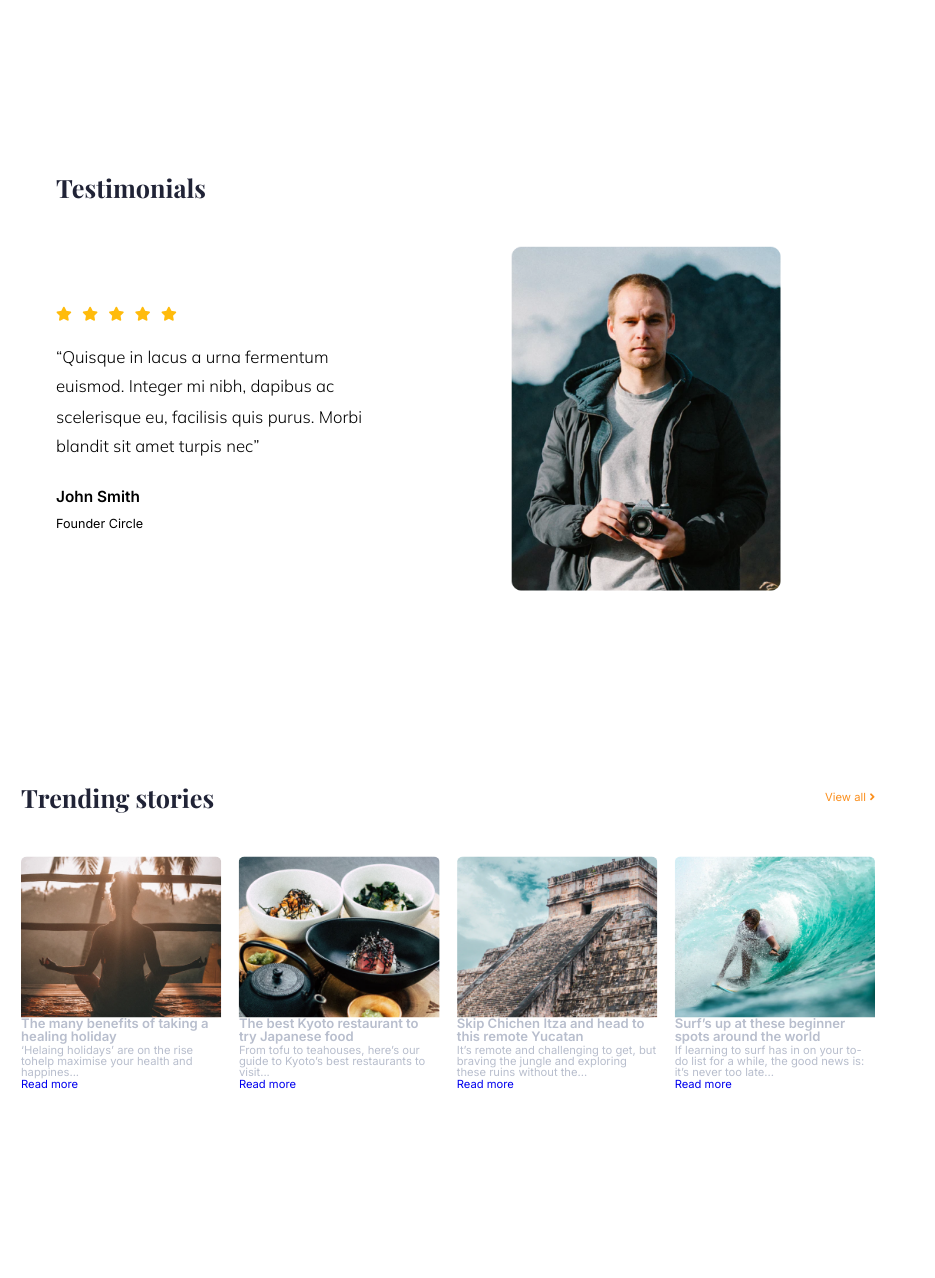
Repository: long5122000/sunny
Page: index.html
The author's editor kept a copy of each file at every save. The page is drawn from the files as they stood at one save, then again after the next save.
The browser window is 1280 px wide. The page is 1335 px wide, so the pictures cover 1335 px, including what lies to the right of the window. The pictures show the part of the page from y = 3142 to 4982 px (the page is 4967 px tall before and 4982 px after), at 70% of full size.
The style sheet was rebuilt from its Sass, Less or Tailwind sources for each picture, by a compiler version that may differ from the author's.

Above is the page before, as saved 2021-11-25 13:56:46.

### index.html
<!DOCTYPE html>
<html lang="en">
  <head>
    <meta charset="UTF-8" />
    <meta http-equiv="X-UA-Compatible" content="IE=edge" />
    <meta name="viewport" content="width=device-width, initial-scale=1.0" />
    <title>Thousand Sunny</title>
    <link rel="preconnect" href="https://fonts.googleapis.com" />
    <link rel="preconnect" href="https://fonts.gstatic.com" crossorigin />
    <link
      href="https://fonts.googleapis.com/css2?family=Inter:wght@400;500;600&family=Mulish:wght@300&family=Playfair+Display:wght@700&display=swap"
      rel="stylesheet"
    />
    <link
      rel="stylesheet"
      href="https://use.fontawesome.com/releases/v5.15.4/css/all.css"
      integrity="sha384-DyZ88mC6Up2uqS4h/KRgHuoeGwBcD4Ng9SiP4dIRy0EXTlnuz47vAwmeGwVChigm"
      crossorigin="anonymous"
    />
    <link rel="stylesheet" href="./css/app.css" />
  </head>
  <body>
    <div class="wrapper">
      <header class="header">
        <div class="container">
          <div class="header-main">
            <img srcset="./images/logo.png 2x" alt="" />
            <ul class="menu">
              <li class="menu-item">
                <a href="#" class="menu-link">Home</a>
              </li>
              <li class="menu-item">
                <a href="#" class="menu-link">Destinations</a>
              </li>
              <li class="menu-item">
                <a href="#" class="menu-link">About</a>
              </li>
              <li class="menu-item">
                <a href="#" class="menu-link">Partner</a>
              </li>
              <li class="menu-item">
                <a href="#" class="btn btn--secondary">Login</a>
              </li>
              <li class="menu-item">
                <a href="#" class="btn btn--primary">Register</a>
              </li>
            </ul>
          </div>
        </div>
      </header>
      <main>
        <section class="hero">
          <div class="container">
            <div class="hero-main">
              <div class="hero-content">
                <h1 class="heading hero-heading">Explore and Travel</h1>
                <div class="hero-caption">Holiday finder</div>
                <div class="hero-form">
                  <div class="dropdown">
                    <div class="dropdown-select">
                      <span class="dropdown-value">Location</span>
                      <i class="fas fa-angle-down"></i>
                    </div>
                    <div class="dropdown-list">
                      <div class="dropdown-item">title</div>
                      <div class="dropdown-item">title</div>
                      <div class="dropdown-item">title</div>
                    </div>
                  </div>
                  <div class="dropdown">
                    <div class="dropdown-select">
                      <span class="dropdown-value">Activity</span>
                      <i class="fas fa-angle-down"></i>
                    </div>
                    <div class="dropdown-list">
                      <div class="dropdown-item">title</div>
                      <div class="dropdown-item">title</div>
                      <div class="dropdown-item">title</div>
                    </div>
                  </div>
                  <div class="dropdown">
                    <div class="dropdown-select">
                      <span class="dropdown-value">Grade</span>
                      <i class="fas fa-angle-down"></i>
                    </div>
                    <div class="dropdown-list">
                      <div class="dropdown-item">title</div>
                      <div class="dropdown-item">title</div>
                      <div class="dropdown-item">title</div>
                    </div>
                  </div>
                  <div class="dropdown">
                    <div class="dropdown-select">
                      <span class="dropdown-value">Date</span>
                      <i class="fas fa-angle-down"></i>
                    </div>
                    <div class="dropdown-list">
                      <div class="dropdown-item">title</div>
                      <div class="dropdown-item">title</div>
                      <div class="dropdown-item">title</div>
                    </div>
                  </div>
                </div>
                <a href="#!" class="btn btn--primary">Explore</a>
              </div>
              <div class="hero-image">
                <img srcset="./images/img1.png 2x" alt="" />
              </div>
            </div>
          </div>
        </section>
        <section class="explore">
          <div class="container">
            <div class="explore-main">
              <div class="explore-image">
                <img srcset="./images/img2.png 2x" alt="" />
              </div>
              <div class="explore-content">
                <h2 class="heading explore-heading heading--small">
                  A new way to explore the world
                </h2>
                <p class="text explore-desc">
                  For decades travellers have reached for Lonely Planet books
                  when looking to plan and execute their perfect trip, but now,
                  they can also let Lonely Planet Experiences lead the way
                </p>
                <div class="btn btn--primary" href="!#">Learn More</div>
              </div>
            </div>
          </div>
        </section>
        <section class="destination">
          <div class="container">
            <div class="destination-header">
              <h2 class="heading heading--small">Featured destinations</h2>
              <a href="#!" class="viewall">
                <span>View all</span>
                <i class="fas fa-angle-right"></i>
              </a>
            </div>
            <div class="destination-list">
              <div class="destination-item">
                <div class="destination-image">
                  <img srcset="./images/destination1.png 2x" alt="" />
                </div>
                <div class="destination-content">
                  <h3 class="destination-name">Raja Ampat</h3>
                  <span class="destination-country">Indonesia</span>
                </div>
              </div>
              <div class="destination-item">
                <div class="destination-image">
                  <img srcset="./images/destination2.png 2x" alt="" />
                </div>
                <div class="destination-content">
                  <h3 class="destination-name">Fanjingshan</h3>
                  <span class="destination-country">China</span>
                </div>
              </div>
              <div class="destination-item">
                <div class="destination-image">
                  <img srcset="./images/destination3.png 2x" alt="" />
                </div>
                <div class="destination-content">
                  <h3 class="destination-name">Vevey</h3>
                  <span class="destination-country">Switzerland</span>
                </div>
              </div>
              <div class="destination-item">
                <div class="destination-image">
                  <img srcset="./images/destination4.png 2x" alt="" />
                </div>
                <div class="destination-content">
                  <h3 class="destination-name">Skadar</h3>
                  <span class="destination-country">Montenegro</span>
                </div>
              </div>
            </div>
          </div>
        </section>
        <section class="guides">
          <div class="container">
            <div class="guides-main">
              <div class="guides-content">
                <h2 class="heading guides-heading heading--small">
                  Guides by Thousand Sunny
                </h2>
                <div class="text guides-desc">
                  Packed with tips and advice from our on-the-ground experts,
                  our city guides app (iOS and Android) is the ultimate resource
                  before and during a trip.
                </div>
                <a href="#!" class="btn btn--primary">Download</a>
              </div>
              <div class="guides-image">
                <img srcset="./images/img3.png 2x" alt="" />
              </div>
            </div>
          </div>
        </section>
        <section class="testimonial">
          <div class="container">
            <div class="testimonial-main">
              <h2 class="heading heading--small testimonial-heading">
                Testimonials
              </h2>
              <div class="testimonial-container">
                <div class="testimonial-content">
                  <div class="testimonial-rating">
                    <i class="fa fa-star"></i>
                    <i class="fa fa-star"></i>
                    <i class="fa fa-star"></i>
                    <i class="fa fa-star"></i>
                    <i class="fa fa-star"></i>
                  </div>
                  <div class="testimonial-desc text">
                    “Quisque in lacus a urna fermentum euismod. Integer mi nibh,
                    dapibus ac scelerisque eu, facilisis quis purus. Morbi
                    blandit sit amet turpis nec”
                  </div>
                  <div class="testimonial-author">
                    <h3 class="testimonial-name">John Smith</h3>
                    <span class="testimonial-job">Founder Circle</span>
                  </div>
                </div>
                <div class="testimonial-image">
                  <img srcset="./images/testimonial.png 2x" alt="" />
                </div>
              </div>
            </div>
          </div>
        </section>
        <section class="story">
          <div class="container">
            <div class="story-header">
              <h2 class="heading heading--small story-heading">
                Trending stories
              </h2>
              <a href="#!" class="viewall">
                <span>View all</span>
                <i class="fas fa-angle-right"></i>
              </a>
            </div>
            <div class="story-list">
              <div class="story-item">
                <div class="story-image">
                  <img srcset="./images/story1.png 2x" alt="" />
                </div>
                <div class="story-content">
                  <h3 class="story-title">
                    The many benefits of taking a healing holiday
                  </h3>
                  <p class="story-desc">
                    ‘Helaing holidays’ are on the rise tohelp maximise your
                    health and happines...
                  </p>
                  <a href="#!" class="story-more">Read more</a>
                </div>
              </div>
              <div class="story-item">
                <div class="story-image">
                  <img srcset="./images/story2.png 2x" alt="" />
                </div>
                <div class="story-content">
                  <h3 class="story-title">
                    The best Kyoto restaurant to try Japanese food
                  </h3>
                  <p class="story-desc">
                    From tofu to teahouses, here’s our guide to Kyoto’s best
                    restaurants to visit...
                  </p>
                  <a href="#!" class="story-more">Read more</a>
                </div>
              </div>
              <div class="story-item">
                <div class="story-image">
                  <img srcset="./images/story3.png 2x" alt="" />
                </div>
                <div class="story-content">
                  <h3 class="story-title">
                    Skip Chichen Itza and head to this remote Yucatan
                  </h3>
                  <p class="story-desc">
                    It’s remote and challenging to get, but braving the jungle
                    and exploring these ruins without the...
                  </p>
                  <a href="#!" class="story-more">Read more</a>
                </div>
              </div>
              <div class="story-item">
                <div class="story-image">
                  <img srcset="./images/story4.png 2x" alt="" />
                </div>
                <div class="story-content">
                  <h3 class="story-title">
                    Surf’s up at these beginner spots around the world
                  </h3>
                  <p class="story-desc">
                    If learning to surf has in on your to- do list for a while,
                    the good news is: it’s never too late...
                  </p>
                  <a href="#!" class="story-more">Read more</a>
                </div>
              </div>
            </div>
          </div>
        </section>
      </main>
    </div>
    <script src="scripts/app.js"></script>
  </body>
</html>

### sass/app.scss
@import "reset";
@import "variables";
@import "global";
@import "typography";
@import "header";
@import "menu";
@import "hero";
@import "explore";
@import "destination";
@import "guides";
@import "testimonial";
@import "story";
@import "footer";

### sass/_variables.scss
$primary-font: "Inter", sans-serif;
$secondary-font: "Playfair Display", serif;
$third-font: "Mulish", sans-serif;
$gray: #b8becd;
$gray-dark: #afb0b9;
$gray-darker: #7d7987;
$gray-darkest: #202336;
$primary-color: #fb8f1d;
$gray-blur: #80918e;

### sass/_global.scss
.wrapper {
  max-width: 1600px;
  margin: 0 auto;
}
.container {
  max-width: 1260px;
  margin: 0 auto;
  padding: 0 20px;
}
ul {
  list-style: none;
}
.btn {
  display: inline-flex;
  justify-content: center;
  align-items: center;
  cursor: pointer;
  font-size: 15px;
  font-weight: 500;
  font-family: $primary-font;
  line-height: 1;
  height: 52px;
  padding: 0 60px;
  border-radius: 8px;
  background-color: transparent;
  border: 0;
  outline: none;
  &--primary {
    color: white;
    background-color: $primary-color;
  }
  &--secondary {
    color: $primary-color;
    border: 1px solid currentColor;
  }
}
.dropdown {
  &-list {
    display: none;
  }
  &-select {
    display: flex;
    justify-content: space-between;
    align-items: center;
    padding: 20px 30px;
    border-radius: 6px;
    border: 1px solid $gray-dark;
    color: $gray-darkest;
    cursor: pointer;
  }
}
.viewall {
  color: $primary-color;
  display: flex;
  align-items: center;
  gap: 0 5px;
}

### sass/_typography.scss
body {
  font-family: $primary-font;
  font-size: 16px;
  line-height: 1;
  color: $gray;
}
.heading {
  font-family: $secondary-font;
  color: $gray-darkest;
  &--small {
    line-height: 139%;
    font-size: 36px;
  }
}
.text {
  font-weight: 300;
  line-height: 176%;
  font-size: 17px;
  color: $gray-darker;
  font-family: $third-font;
}

### sass/_header.scss
.header {
  padding-top: 45px;
  padding-bottom: 70px;
  &-main {
    display: flex;
    justify-content: space-between;
    align-items: center;
  }
}

### sass/_menu.scss
.menu {
  display: flex;
  align-items: center;
  gap: 0 35px;
  &-link {
    color: inherit;
  }
}

### sass/_hero.scss
.hero {
  margin-bottom: 270px;
  &-main {
    display: flex;
    justify-content: space-between;
    align-items: center;
  }
  &-heading {
    font-size: 64px;
    line-height: 125%;
    margin-bottom: 74px;
  }
  &-caption {
    font-size: 22px;
    font-weight: 600;
    margin-bottom: 48px;
    padding-bottom: 20px;
    display: inline-block;
    position: relative;
    color: $gray-darkest;
    &:before {
      content: "";
      position: absolute;
      bottom: 0;
      left: 0;
      width: 32px;
      height: 2px;
      background-color: $gray-darkest;
    }
  }
  &-content {
    width: 100%;
    max-width: 470px;
  }
  &-image {
    transform: translateX(85px);
  }
  &-form {
    margin-bottom: 50px;
    display: grid;
    grid-template-columns: 1fr 1fr;
    grid-gap: 30px;
  }
}

### sass/_explore.scss
.explore {
  margin-bottom: 292px;
  &-main {
    display: flex;
    justify-content: space-between;
    align-items: center;
    gap: 0 50px;
  }
  &-content {
    max-width: 508px;
    padding-right: 58px;
  }
  &-image {
    transform: translateX(-50px);
  }
  &-heading {
    margin-bottom: 20px;
  }
  &-desc {
    margin-bottom: 33px;
  }
}

### sass/_destination.scss
.destination {
  margin-bottom: 232px;

  &-header {
    display: flex;
    justify-content: space-between;
    align-items: center;
    margin-bottom: 56px;
    padding-left: 50px;
    padding-right: 50px;
  }
  &-list {
    padding-left: 50px;
    padding-right: 50px;
    display: grid;
    grid-template-columns: repeat(4, 1fr);
    grid-gap: 25px;
  }

  &-item {
    height: 337px;
    position: relative;
  }
  &-image {
    width: 100%;
    height: 100%;
  }
  &-image img {
    border-radius: 8px;
    height: 100%;
    width: 100%;
    object-fit: cover;
  }
  &-content {
    position: absolute;
    bottom: 0;
    left: 0;
    z-index: 2;
    background: #ffffff;
    border-radius: 0px 6px 0px 0px;
    padding: 11px 32px 11px 0;
  }
  &-name {
    font-size: 17px;
    font-weight: 600;
    color: $gray-darkest;
    margin-bottom: 10px;
  }
  &-country {
    font-weight: 500;
    font-size: 15px;
    color: $gray-blur;
  }
}

### sass/_guides.scss
.guides {
  margin-bottom: 250px;
  &-main {
    display: flex;
    justify-content: space-between;
    align-items: center;
    gap: 0 80px;
  }
  &-content {
    max-width: 450px;
    width: 100%;
    transform: translateX(50px);
  }
  &-image {
    padding-right: 40px;
  }
  &-heading {
    margin-bottom: 20px;
  }
  &-desc {
    margin-bottom: 33px;
  }
}

### sass/_testimonial.scss
.testimonial {
  margin-bottom: 270px;
  &-heading {
    margin-bottom: 60px;
  }
  &-main {
    max-width: 1085px;
    padding-left: 50px;
    position: relative;
  }
  &-container {
    display: flex;
    justify-content: space-between;
    align-items: center;
  }
  &-content {
    max-width: 450px;
  }
  &-rating {
    font-size: 20px;
    display: flex;
    align-items: center;
    gap: 15px;
    margin-bottom: 30px;
    color: #ffbb0c;
  }
  &-desc {
    color: #000;
    margin-bottom: 40px;
    font-size: 24px;
    font-weight: 400;
  }
  &-name {
    font-size: 22px;
    font-weight: bold;
    color: #000;
    margin-bottom: 20px;
  }
  &-job {
    font-size: 18px;
    color: #000;
  }
}

### sass/_story.scss
.story {
  margin-bottom: 270px;
  &-header {
    display: flex;
    justify-content: space-between;
    align-items: center;
    margin-bottom: 60px;
  }
  &-list {
    display: grid;
    grid-template-columns: repeat(4, 1fr);
    grid-gap: 25px;
  }
  &-image {
    height: 230px;
    img {
      width: 100%;
      height: 100%;
      object-fit: cover;
      border-radius: 8px 8px 0 0;
      object-position: top;
    }
  }
}

Loaded but not shown: sass/_reset.scss (common file); scripts/app.js (no stored copy; drawn as an empty file); sass/_footer.scss (no stored copy; drawn as an empty file)

After the next save:
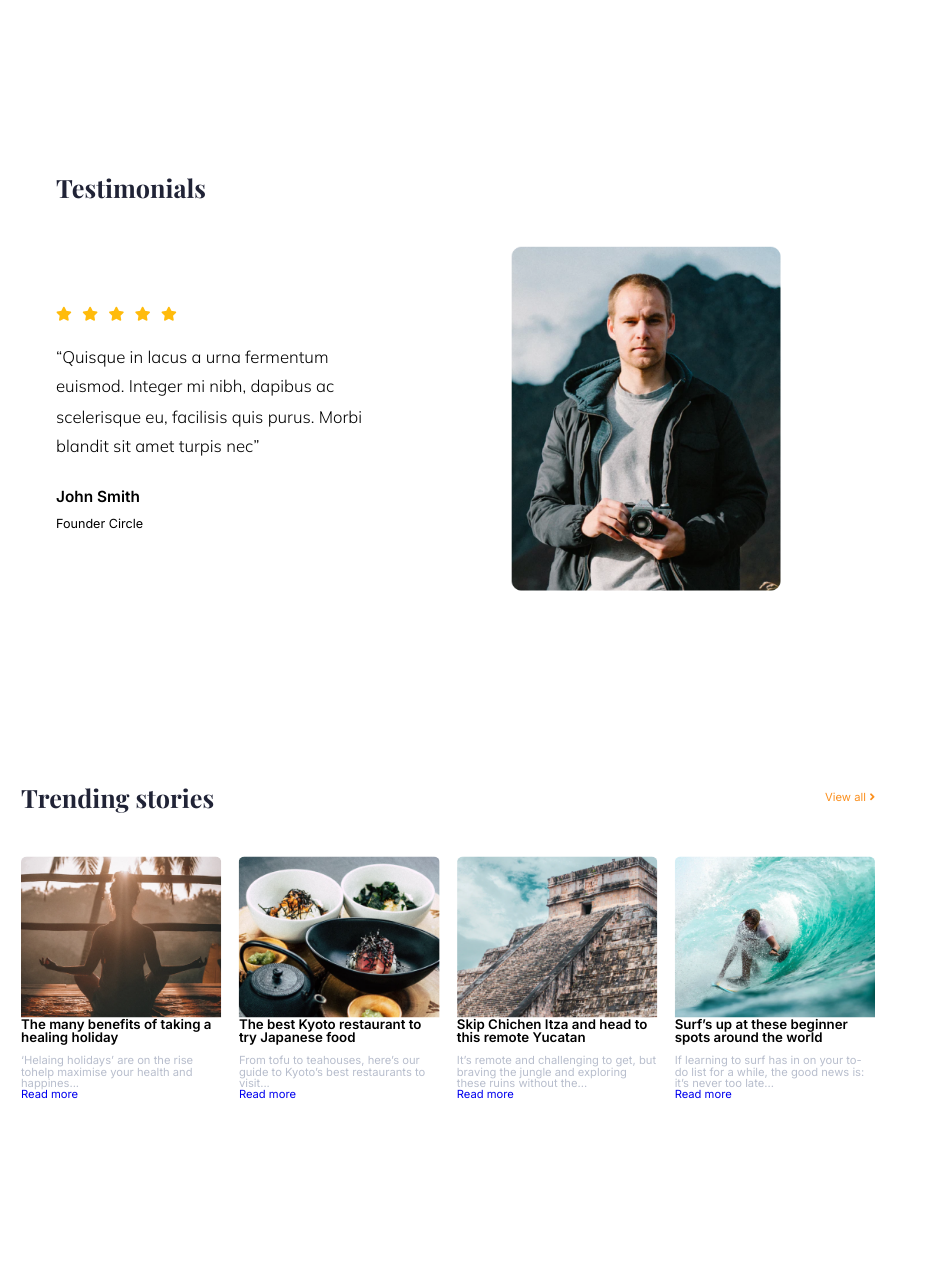
Saved 49 s later.
--- a/sass/_story.scss
+++ b/sass/_story.scss
@@ -21,4 +21,9 @@
       object-position: top;
     }
   }
+  &-title {
+    font-size: 19px;
+    color: #000;
+    margin-bottom: 15px;
+  }
 }
